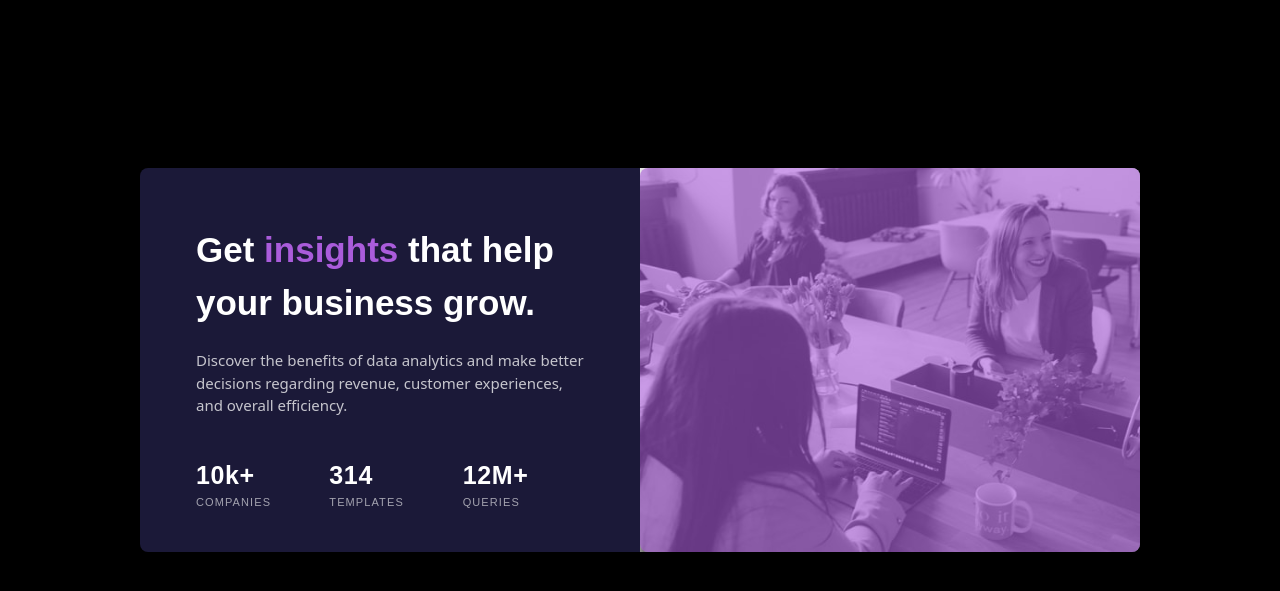
Repository: BerlinWebDev/FrontendMaster_PreviewMentor
Page: /
The author's editor kept a copy of each file at every save. The page is drawn from the files as they stood at one save, then again after the next save.
The browser window is 1280 px wide. The pictures show the whole page.
The project was rebuilt for these pictures with package versions that can differ from the ones it lists, and the page was loaded fresh each time.

Above is the page before, as saved 2023-11-11 20:32:07.

### src/index.css
@tailwind base;
@tailwind components;
@tailwind utilities;
@import url("https://fonts.google.com/specimen/Inter");
@import url("https://fonts.google.com/specimen/Lexend+Deca");

### src/App.js
import Statisic from "./Statisic";
import Image from "./assets/image-header-desktop.jpg";

function App() {
  return (
    <>
      <header>
        <title>Challenge</title>
        <meta name="description" content="Challenge" />
        <link rel="icon" href="/favicon.ico" />
      </header>
      <main className="flex min-h-screen flex-col items-center justify-center bg-black">
        <div className="flex h-96 w-[1000px] rounded-lg bg-[#1b1938]">
          <aside className="w-1/2  rounded-l-lg">
            <div className="p-14">
              <div className="text-[35px] text-white font-bold font-lexenddeca">
                Get <span className="text-[#aa5cdb]">insights</span> that help
                <br />
                your business grow.
              </div>
              <div className="mt-5">
                <p className="text-[#ffffffbf] font-Inter text-[15px]">
                  Discover the benefits of data analytics and make better
                  decisions regarding revenue, customer experiences, and overall
                  efficiency.
                </p>
              </div>
              <div className="mt-10 grid grid-cols-3 gap-3">
                <Statisic value="10k+" title="companies" />
                <Statisic value="314" title="Templates" />
                <Statisic value="12M+" title="Queries" />
              </div>
            </div>
          </aside>
          <aside className="w-1/2  rounded-lg relative">
            <div className="absolute inset-0 bg-[#aa5cdb] rounded-lg opacity-60"></div>
            <img
              className=" h-full w-full rounded-r-lg"
              src={Image}
              alt="Header-Desktop"
            />
          </aside>
        </div>
      </main>
    </>
  );
}

export default App;

### src/Statisic.jsx
import React from "react";

const Statisic = ({ value, title }) => {
  return (
    <div className="text-white font-lexenddeca">
      <div className="text-[25px] font-bold tracking-wide">{value}</div>
      <div className="uppercase text-[11px] font-light text-[#ffffff99] tracking-widest">
        {title}
      </div>
    </div>
  );
};

export default Statisic;

### tailwind.config.js
/** @type {import('tailwindcss').Config} */
module.exports = {
  content: ["./src/**/*.{js,jsx,ts,tsx}"],
  theme: {
    extend: {
      fontFamily: {
        inter: ["Inter", "sans-serif"],
        lexenddeca: ["Lexend Deca", "sans-serif"],
      },
    },
  },
  plugins: [],
};

Loaded but not shown: public/index.html (common file); src/index.js (common file)

After the next save:
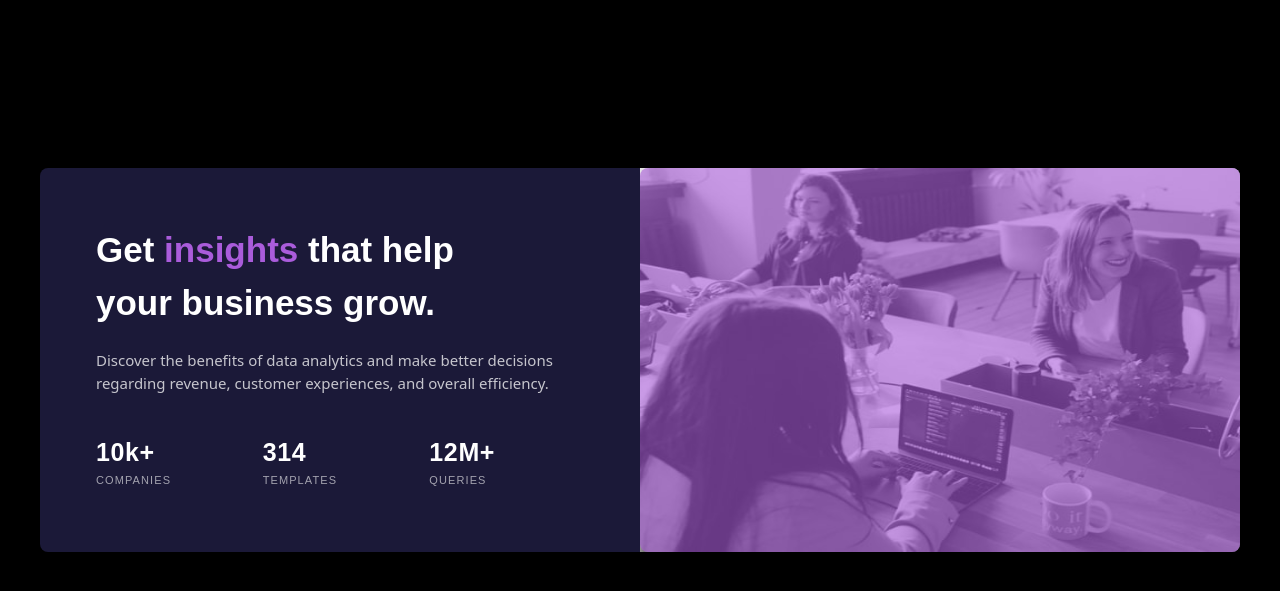
Saved 24 s later.
--- a/src/App.js
+++ b/src/App.js
@@ -10,7 +10,7 @@
         <link rel="icon" href="/favicon.ico" />
       </header>
       <main className="flex min-h-screen flex-col items-center justify-center bg-black">
-        <div className="flex h-96 w-[1000px] rounded-lg bg-[#1b1938]">
+        <div className="flex h-96 w-[1200px] rounded-lg bg-[#1b1938]">
           <aside className="w-1/2  rounded-l-lg">
             <div className="p-14">
               <div className="text-[35px] text-white font-bold font-lexenddeca">

After the 2 saves that followed:
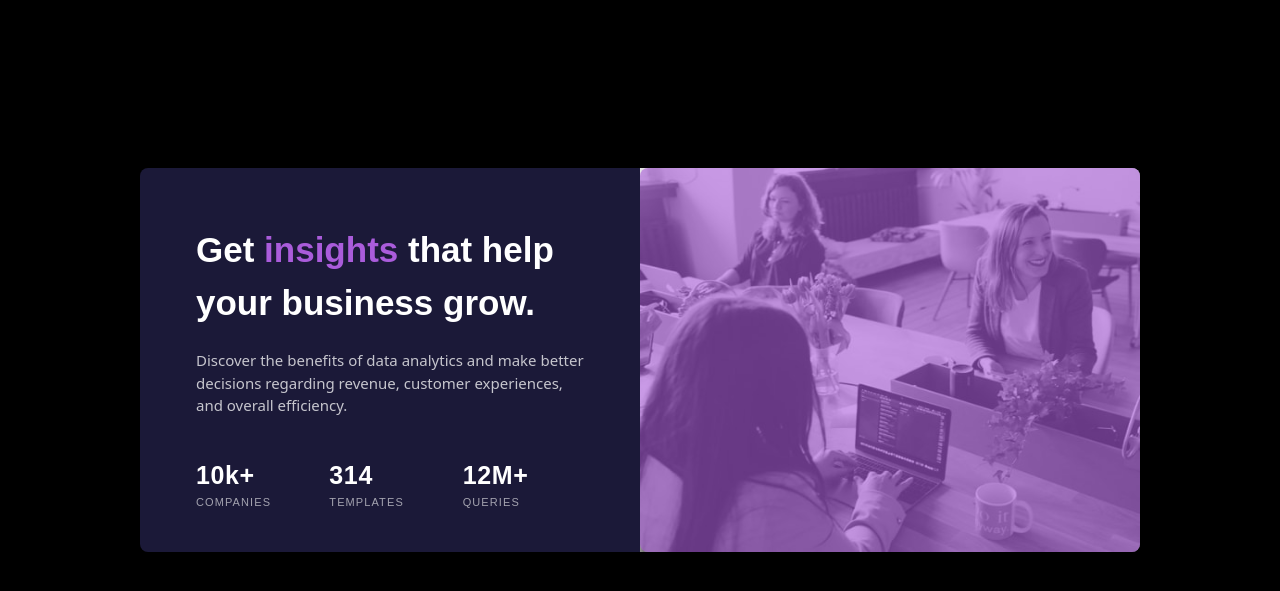
The 2 saves are shown as one change because they came seconds apart.
The last was saved 35 s later.
--- a/src/App.js
+++ b/src/App.js
@@ -10,7 +10,7 @@
         <link rel="icon" href="/favicon.ico" />
       </header>
       <main className="flex min-h-screen flex-col items-center justify-center bg-black">
-        <div className="flex h-96 w-[1200px] rounded-lg bg-[#1b1938]">
+        <div className="flex h-96 w-[1000px] rounded-lg bg-[#1b1938]">
           <aside className="w-1/2  rounded-l-lg">
             <div className="p-14">
               <div className="text-[35px] text-white font-bold font-lexenddeca">
